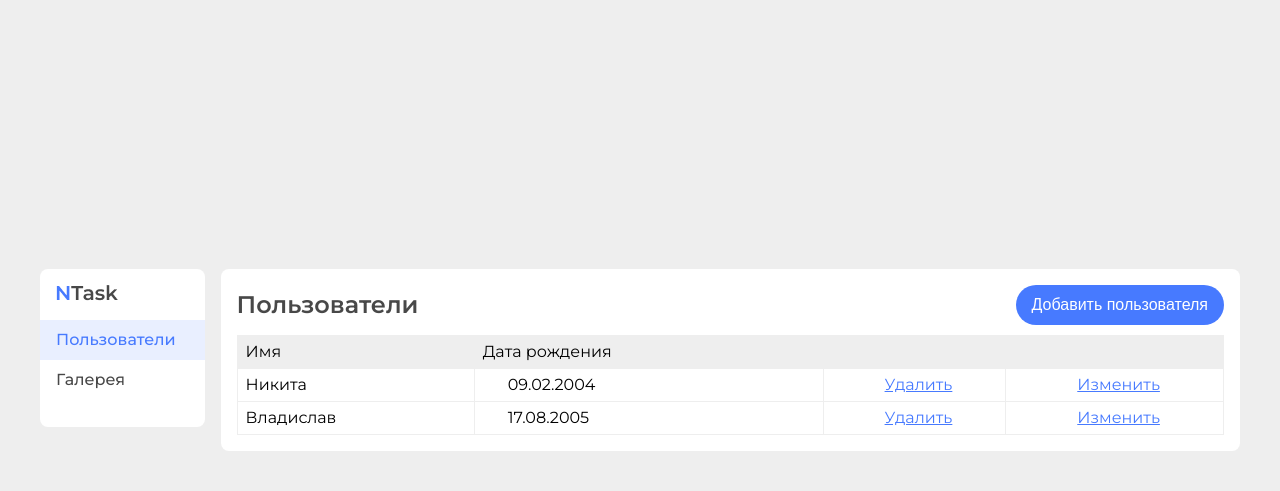
Repository: Grid-Master/NTask
Page: /gallery
An editor plug-in stored every save of this project. The page is shown before and after the next save, followed by the edit.
The browser window is 1280 px wide. The pictures show the whole page.
The project was rebuilt for these pictures with package versions that can differ from the ones it lists, and the page was loaded fresh each time. Also part of the build but not shown: src/components/gallery/gallery.sass, src/components/gallery/Gallery.tsx, src/components/updateUser/updateUser.sass, src/components/updateUser/UpdateUser.tsx.

Above is the page before, as saved 2023-06-09 20:24:29.

### public/index.html
<!DOCTYPE html>
<html lang="en">
  <head>
    <meta charset="utf-8" />
    <link rel="icon" href="%PUBLIC_URL%/favicon.ico" />
    <meta name="viewport" content="width=device-width, initial-scale=1" />
    <meta name="theme-color" content="#000000" />
    <meta name="description" content="Web site created using create-react-app" />
    <link rel="apple-touch-icon" href="%PUBLIC_URL%/logo192.png" />
    <link rel="preconnect" href="https://fonts.googleapis.com" />
    <link rel="preconnect" href="https://fonts.gstatic.com" crossorigin />
    <link
      href="https://fonts.googleapis.com/css2?family=Montserrat:wght@300;400;500;600;700&display=swap"
      rel="stylesheet" />
    <link rel="manifest" href="%PUBLIC_URL%/manifest.json" />
    <title>React App</title>
  </head>
  <body>
    <noscript>You need to enable JavaScript to run this app.</noscript>
    <div id="root"></div>
  </body>
</html>

### src/index.tsx
import React from 'react';
import ReactDOM from 'react-dom/client';
import { Provider } from 'react-redux';
import './index.css';
import App from './App';
import { BrowserRouter } from 'react-router-dom';
import store from './store';

const root = ReactDOM.createRoot(document.getElementById('root') as HTMLElement);
root.render(
  <React.StrictMode>
    <BrowserRouter>
      <Provider store={store}>
        <App />
      </Provider>
    </BrowserRouter>
  </React.StrictMode>,
);

### src/index.css
html, body, div, span, applet, object, iframe,
h1, h2, h3, h4, h5, h6, p, blockquote, pre,
a, abbr, acronym, address, big, cite, code,
del, dfn, em, img, ins, kbd, q, s, samp,
small, strike, strong, sub, sup, tt, var,
b, u, i, center,
dl, dt, dd, ol, ul, li,
fieldset, form, label, legend,
table, caption, tbody, tfoot, thead, tr, th, td,
article, aside, canvas, details, embed,
figure, figcaption, footer, header, hgroup,
menu, nav, output, ruby, section, summary,
time, mark, audio, video {
	margin: 0;
	padding: 0;
	border: 0;
	font-size: 100%;
	font: inherit;
	vertical-align: baseline;
}
/* HTML5 display-role reset for older browsers */
article, aside, details, figcaption, figure,
footer, header, hgroup, menu, nav, section {
	display: block;
}
body {
	line-height: 1;
}
ol, ul {
	list-style: none;
}
blockquote, q {
	quotes: none;
}
blockquote:before, blockquote:after,
q:before, q:after {
	content: '';
	content: none;
}
table {
	border-collapse: collapse;
}
body {
  margin: 0;
  font-family: Montserrat;
  background: #EEEEEE;
;
}
input {
	font-family: Montserrat;
}

#root {
	display: flex;
	align-items: center;
	justify-content: center;
	height: 100vh;
}

code {
  font-family: source-code-pro, Menlo, Monaco, Consolas, 'Courier New',
    monospace;
}

### src/App.tsx
import './App.css';
import { FC, useEffect } from 'react';
import Navbar from './components/navabar/Navbar';
import UserList from './components/userList/UserList';
import { Routes, Route, useNavigate } from 'react-router-dom';
import Gallery from './components/gallery/Gallery';
import UpdateUser from './components/updateUser/UpdateUser';

const App: FC = () => {
  const navigate = useNavigate();
  useEffect(() => {
    navigate('/NTask/users');
  }, []);

  return (
    <div className="App">
      <Navbar />
      <Routes>
        <Route path="/NTask/users" element={<UserList />} />
        <Route path="/NTask/users/:id" element={<UpdateUser />} />
        <Route path="/NTask/gallery" element={<Gallery />} />
        <Route path="*" element={<h1>Error</h1>} />
      </Routes>
    </div>
  );
};

export default App;

### src/store/index.ts
import { configureStore } from '@reduxjs/toolkit';
import usersReducer from './usersSlice';
import galleryReducer from './gallerySlice';

const store = configureStore({
  reducer: { usersReducer, galleryReducer },
});

export default store;

export type RootState = ReturnType<typeof store.getState>;
export type AppDispatch = typeof store.dispatch;

### src/App.css
.App {

  width: 100%;
  display: flex;
  align-items:start;
  gap: 16px;
  max-width: 1200px;
  margin: 0 auto;
}

@media screen and (max-width: 1200px) {
  .App {
    flex-direction: column;
    max-width: 1000px;
  }
}
@media screen and (max-width: 1000px) {
  .App {
    max-width: 600px;
    padding: 16px;
  }
}
@media screen and (max-width: 600px) {
  .App {
    max-width: calc(320px - 32px);
  }
}

### src/components/navabar/Navbar.tsx
import { FC } from 'react';
import './navbar.sass';
import { useNavigate, useLocation } from 'react-router-dom';
const logo = require('../../images/logo.png');

const Navbar: FC = () => {
  const navigate = useNavigate();
  const { pathname } = useLocation();

  return (
    <div className="navbar">
      <div className="navbar__imagecontainer">
        <img src={logo} alt="logo" />
      </div>
      <div
        className={pathname.includes('/users') ? 'navbar__item navbar__active' : 'navbar__item'}
        onClick={() => navigate('/NTask/users')}>
        Пользователи
      </div>
      <div
        className={pathname.includes('/gallery') ? 'navbar__item navbar__active' : 'navbar__item'}
        onClick={() => navigate('/NTask/gallery')}>
        Галерея
      </div>
    </div>
  );
};

export default Navbar;

### src/components/userList/UserList.tsx
import React, { FC } from 'react';
import { useNavigate } from 'react-router-dom';
import './userList.sass';
import { useAppDispatch, useAppSelector } from '../../store/hooks';
import { removeUser } from '../../store/usersSlice';

const UserList: FC = () => {
  const navigate = useNavigate();
  const users = useAppSelector((state) => state.usersReducer.users);
  const dispatch = useAppDispatch();

  const updateHandler = (router: string) => {
    navigate(router);
    window.scrollTo(0, 0);
  };

  const deleteHandler = (id: number) => {
    dispatch(removeUser(id));
  };

  return (
    <div className="userList">
      <div className="userList__container">
        <h1 className="userList__title">Пользователи</h1>
        <button className="userList__addUserBtn" onClick={() => updateHandler('createuser')}>
          Добавить пользователя
        </button>
      </div>
      <div className="table__container">
        <table className="userList__table">
          <tr className="userList__table-info">
            <td>Имя</td>
            <td>Дата рождения</td>
            <td></td>
            <td></td>
          </tr>
          {users.map((user) => (
            <tr key={user.id}>
              <td>{user.name}</td>
              <td>
                &nbsp;&nbsp;&nbsp;&nbsp;&nbsp;&nbsp;{user.date}&nbsp;&nbsp;&nbsp;&nbsp;&nbsp;&nbsp;
              </td>
              <td className="userList__table-btn" onClick={() => deleteHandler(user.id)}>
                Удалить
              </td>
              <td className="userList__table-btn" onClick={() => updateHandler(`${user.id}`)}>
                Изменить
              </td>
            </tr>
          ))}
        </table>
      </div>
    </div>
  );
};

export default UserList;

### src/store/usersSlice.ts
import { createSlice, PayloadAction } from '@reduxjs/toolkit';
import { users } from '../data/users';

export interface IUser {
  id: number;
  name: string;
  date: string;
}

const usersSlice = createSlice({
  name: 'users',
  initialState: {
    users: [...users] as IUser[],
  },
  reducers: {
    addUser(state, action: PayloadAction<IUser>) {
      state.users.push(action.payload);
    },
    updateUser(state, action: PayloadAction<IUser>) {
      let updateUser = state.users.find((user) => user.id === action.payload.id);
      if (updateUser) {
        updateUser.name = action.payload.name;
        updateUser.date = action.payload.date;
      }
      state.users = state.users.map((user) => (user.id === updateUser?.id ? updateUser : user));
    },
    removeUser(state, action: PayloadAction<number>) {
      state.users = state.users.filter((user) => user.id !== action.payload);
    },
  },
});

export const { removeUser, updateUser, addUser } = usersSlice.actions;

export default usersSlice.reducer;

### src/store/gallerySlice.ts
import { createSlice, PayloadAction } from '@reduxjs/toolkit';

export interface IPhoto {
  id: number;
  isSelected: boolean;
  file: any;
}

const gallerySlice = createSlice({
  name: 'users',
  initialState: {
    photos: [] as IPhoto[],
  },
  reducers: {
    addPhoto(state, action: PayloadAction<IPhoto>) {
      state.photos.unshift(action.payload);
    },
    pickPhoto(state, action: PayloadAction<number>) {
      const pickedPhoto = state.photos.findIndex((photo) => photo.id === action.payload);
      console.log(pickedPhoto, 'picked');
      if (pickedPhoto !== -1) {
        state.photos[pickedPhoto] = {
          ...state.photos[pickedPhoto],
          isSelected: !state.photos[pickedPhoto].isSelected,
        };
      }
    },
    removePhotos(state) {
      state.photos = state.photos.filter((photo) => !photo.isSelected);
    },
  },
});

export const { addPhoto, pickPhoto, removePhotos } = gallerySlice.actions;

export default gallerySlice.reducer;

### src/components/navabar/navbar.sass
.navbar
    width: 200px
    height: 158px
    background: #FFFFFF
    border-radius: 8px
    &__imagecontainer
        padding: 16px 0
        margin-left: 16px
    &__item
        padding: 8px 16px
        cursor: pointer
        font-weight: 500
        font-size: 16px
        line-height: 150%
        color: #484848
        transition: .3s
        &:hover
            color: #477AFF

    &__active
        background: #E9EFFF
        color: #477AFF

@media screen and (max-width: 600px)
    .navbar
        width: 288px
        height: 158px

### src/components/userList/userList.sass
.userList
    width: 100%
    background: #FFFFFF
    border-radius: 8px
    padding: 16px
    &__container
        display: flex
        align-items: center
        justify-content: space-between
        margin-bottom: 10px
    &__title
        font-weight: 600
        font-size: 24px
        line-height: 150%
        color: #484848
    &__addUserBtn
        font-weight: 500
        font-size: 16px
        line-height: 100%
        color: #FFFFFF
        background: #477AFF
        border-radius: 20px
        padding: 12px 16px
        border: none
        outline: none
        cursor: pointer
        transition: .3s
        &:hover
            opacity: .8
    .table__container
        width: 100%
        display: block
        border-radius: 8px !important
    &__table
        width: 100%
        td
            border: 1px solid #EEEEEE
            // width: 238px
            text-align: start
            padding: 8px 0
            padding-left: 8px
        &-btn
            cursor: pointer
            text-decoration-line: underline
            color: #477AFF
            transition: .2s
            text-align: center !important
            &:hover
                opacity: .8
        tr td:nth-child(2)
            height: 10px
        // tr:first-child td:first-child
        //     border-radius: 8px 0 0 0
        // tr:first-child td:last-child
        //     border-radius: 0 8px 0 0
        // tr:last-child td:first-child
        //     border-radius: 0 0 8px 0
        // tr:last-child td:last-child
        //     border-radius: 0 0 0 8px //??
        &-info
            background-color: #EEEEEE
            border-radius: 8px !important

@media screen and (max-width: 1200px)
    .userList
        width: calc( 100% - 32px )
@media screen and (max-width: 600px)
    .userList
        &__table
            display: block
            overflow-x: scroll
            &::-webkit-scrollbar
                // width: 4px
                scroll-margin-top: 5px
                height: 4px
                border: 1px solid #d5d5d5
            &::-webkit-scrollbar-track
                border-radius: 0
                background: #eeeeee
            &::-webkit-scrollbar-thumb
                border-radius: 0
                background: #b0b0b0
                cursor: pointer
        >div
            flex-direction: column
            align-items: start
        &__title
            margin-bottom: 10px

### src/store/hooks.ts
import { useDispatch, useSelector, TypedUseSelectorHook } from 'react-redux';
import type { RootState, AppDispatch } from '../store';

export const useAppDispatch = () => useDispatch<AppDispatch>();
export const useAppSelector: TypedUseSelectorHook<RootState> = useSelector;

### src/data/users.ts
import { IUser } from '../store/usersSlice';

export const users: IUser[] = [
  {
    id: 1,
    name: 'Никита',
    date: '09.02.2004',
  },
  {
    id: 2,
    name: 'Владислав',
    date: '17.08.2005',
  },
];

After the next save:
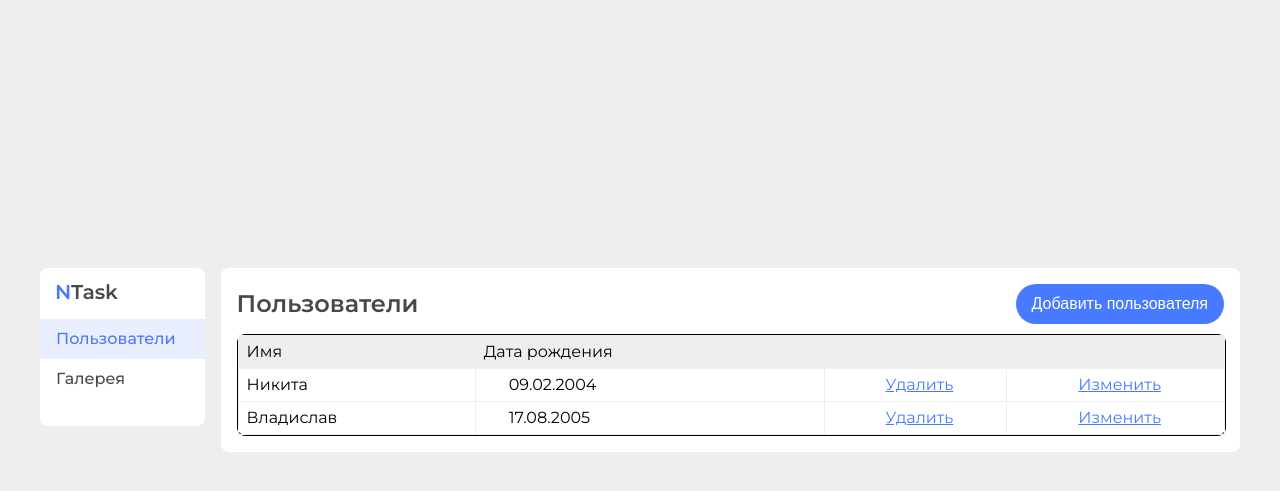
Saved 19 s later.
--- a/src/components/userList/userList.sass
+++ b/src/components/userList/userList.sass
@@ -31,6 +31,7 @@
         width: 100%
         display: block
         border-radius: 8px !important
+        border: 1px solid black
     &__table
         width: 100%
         td

After the 2 saves that followed:
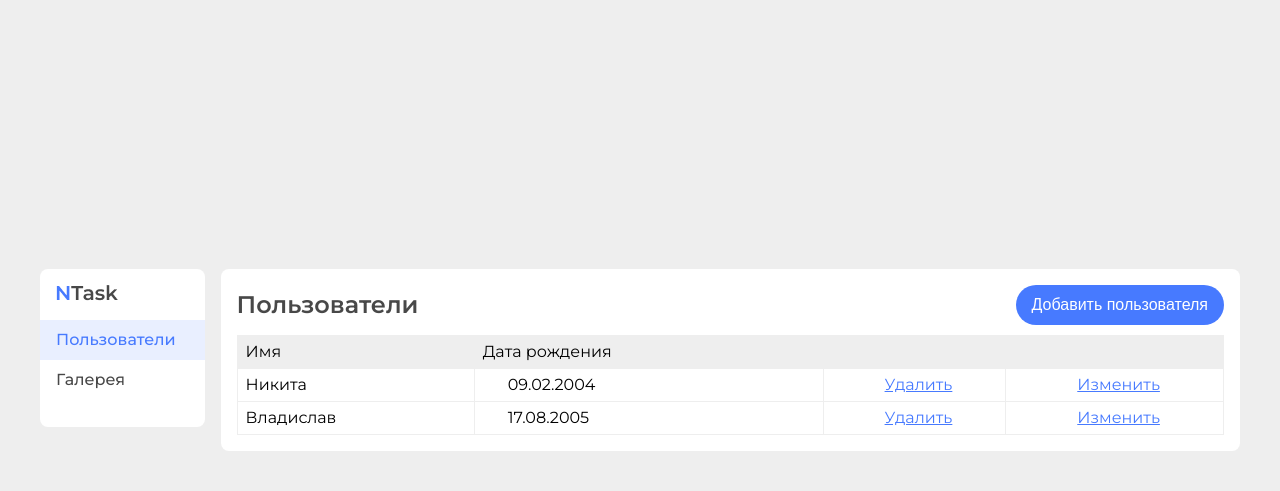
The 2 saves are shown as one change because 1 left the picture as it was.
The last was saved 84 s later.
--- a/src/components/userList/userList.sass
+++ b/src/components/userList/userList.sass
@@ -27,11 +27,6 @@
         transition: .3s
         &:hover
             opacity: .8
-    .table__container
-        width: 100%
-        display: block
-        border-radius: 8px !important
-        border: 1px solid black
     &__table
         width: 100%
         td
